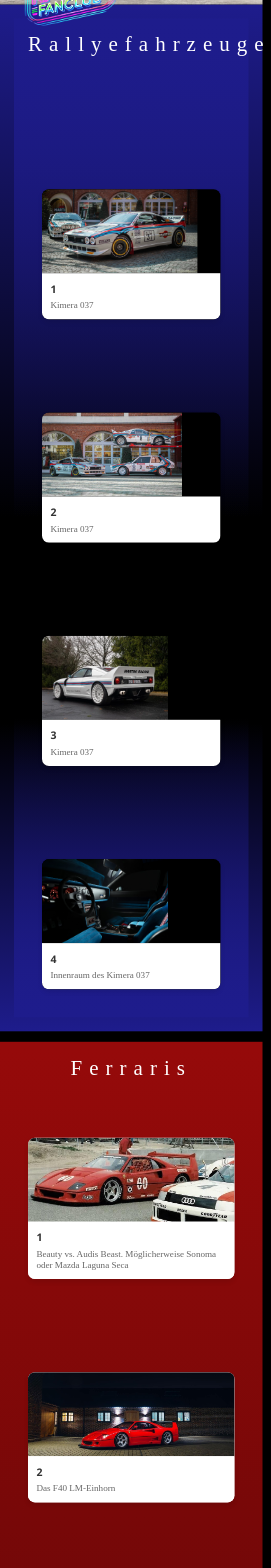
Repository: Johannes-Harald/martini-racing-fanclub
Page: /
The author's editor kept a copy of each file at every save. The page is drawn from the files as they stood at one save, then again after the next save.
The browser window is 375 px wide. The page is 387 px wide, so the pictures cover 387 px, including what lies to the right of the window. The pictures show the part of the page from y = 396 to 2636 px (the page is 13224 px tall before and 13633 px after), at 70% of full size.
Some web fonts or font styles are not loaded; a fallback is used. The project was rebuilt for these pictures with package versions that can differ from the ones it lists, and the page was loaded fresh each time. Also part of the build but not shown: vite.config.js, src/components/Lightbox/Lightbox.css, src/components/Lightbox/Lightbox.jsx, src/components/TitleCards/TitleCards.jsx, src/pages/Videos/Videos.css, src/pages/Videos/Videos.jsx.

Above is the page before, as saved 2024-10-12 13:05:56.

### index.html
<!doctype html>
<html lang="en">
  <head>
    <meta charset="UTF-8" />
    <link rel="icon" type="image/svg+xml" href="/src/assets/logo-martinid.png" style="filter: brightness(3.5); height: 2px; width: 1px;"/>
    <meta name="viewport" content="width=device-width, initial-scale=1.0" />
    <title>Martini Racing Fanclub</title>
  </head>
  <body>
    <div id="root"></div>
    <script type="module" src="/src/main.jsx"></script>
  </body>
</html>
<!--
<!doctype html>
<html lang="en">
  <head>
    <meta charset="UTF-8" />
    <link rel="icon" type="image/svg+xml" href="/src/assets/logo-martinid.png" style="filter: brightness(3.5); height: 2px; width: 1px;"/>
    <meta name="viewport" content="width=device-width, initial-scale=1.0" />
    <title>Martini Racing Fanclub</title>
  </head>
  <body>
    <div id="root"></div>
    <script type="module" src="/src/main.jsx"></script>
  </body>
</html>
-->

### src/App.jsx
import React from 'react';
import { BrowserRouter as Router, Route, Routes } from 'react-router-dom';
import Home from './pages/Home/Home';
import Videos from './pages/Videos/Videos';

function App() {
  //const navigate = useNavigate();
  //const location = useLocation();



  {/*const scrollToTitleCards = () => {
    // Assuming you have a reference to your TitleCards section
    const titleCardsSection = document.getElementById('rallyeautos'); // Adjust this ID as needed
    if (titleCardsSection) {
      titleCardsSection.scrollIntoView({ behavior: 'smooth' });
    }
  };

  const scrollToTitleCards = () => {
    if (location.pathname === '/') {
      rallyefahrzeugeRef.current.scrollIntoView({ behavior: 'smooth' });
    } else {
      // If you're on another page, navigate to the home page first
      navigate('/');
      // After navigating, wait for the page to load and then scroll to rallyefahrzeugeRef
      setTimeout(() => {
        rallyefahrzeugeRef.current.scrollIntoView({ behavior: 'smooth' });
      }, 500); // Use a timeout to ensure the page is fully rendered before scrolling
    }
  };
  <Route path="/Home" element={<Navbar scrollToTop={scrollToTop} scrollToTitleCards={scrollToTitleCards}/>} />
  */}

  return (
    <Router>
      <div className="App">
        <Routes>
          <Route path="/" element={<Home />} />
          <Route path="/videos" element={<Videos />} />
        </Routes>
      </div>
    </Router>
  );
}

export default App;

### src/index.css
* {
  margin: 0;
  padding: 0;
  box-sizing: border-box;
}

body {
  background: black;
  font-family: 'Segoe UI', Tahoma, Geneva, Verdana, sans-serif;
}

### src/pages/Home/Home.css
.hero {
    position: relative;
}

.component {
    transition: opacity 0.5s ease, transform 0.5s ease;
    opacity: 0;
    transform: translateY(20px);
    pointer-events: none; /* Disable interaction when hidden */
  }

  .component.active {
    opacity: 1;
    transform: translateY(0);
    pointer-events: all; /* Enable interaction when visible */
  }

.img-cover {
    background-image: linear-gradient(180deg, rgba (0,0,0,0.7) 10%, transparent);
    z-index: 1;
    transition: background-color 0.3s, color 0.3s;
  }

.banner-width {
    width: 100%;
    mask-image: linear-gradient(to right, transparent, black 75%);
    -weblit-mask-image: linear-gradient(to right, transparent, black 75%);
}

.banner-img {
    width: 100%;
    display: flex;
    filter: brightness(1.2);
}

.hero-caption {
    position: absolute;
    width: 100%;
    padding-left: 6%;
    bottom: 0;
}

.caption-img {
    width: 100%;
    height: 370px;
    max-width: 510px;
    margin-bottom: 60px;
    filter: brightness(1.3);
}

.hero-caption p{
    max-width: 700px;
    font-size: 17px;
    margin-bottom: 20px;
}

.hero-btns {
    display: flex;
    gap: 10px;
    margin-bottom: 50px;
}

.hero-btns .btn img{
    width: 25px;
}

.hero-btns .btn {
    border: 0;
    outline: 0;
    padding: 8px 20px;
    display: inline-flex;
    align-items: center;
    gap: 10px;
    font-size: 15px;
    font-weight: 600;
    background: white;
    border-radius: 4px;
    cursor: pointer;
}

.hero-btns .btn.dark-btn{
    color: #fff;
    background: #6d6d6eb3;
}

.hero-btns .btn:hover{
    background: #ffffffbf;
}

.hero-btns .btn.dark-btn:hover{
    background: #6d6d6e66 ;
}


@media (max-width: 1024px) {
  .hero-caption .title-cards {
      display: none;
  }
  .hero-btns {
      margin-bottom: 30px;
  }
  .hero-caption p {
      font-size: 15px;
      max-width: 600px;
  }
}

/* Large mobile screens */
@media (max-width: 800px) {
  .hero-caption {
      padding-left: 4%;
  }
  .caption-img {
      margin-bottom: 10px;
      width: 40%;
  }
  .hero-caption p {
      font-size: 12px;
      margin-bottom: 10px;
  }
  .hero-btns .btn img {
      width: 20px;
  }
  .hero-btns .btn {
      padding: 6px 15px;
      font-size: 13px;
  }
}

/* Small mobile screens */
@media (max-width: 500px) {
  .banner-img {
    padding-top: 191px;
    width: 150%;
    filter: brightness(1.2);
    max-width: 100%;
    overflow: hidden;
    /*     text-align: left; */
  }

  .home .img-cover {
    background-size: cover; /* Ensure the image covers the entire area */
    background-position: center;
  }
  .caption-img {
    margin-bottom: 360px;
    height: 110px;
    width: 170px;
  }
  .hero-caption p {
      font-size: 11px;
  }
  .hero-btns img {
      width: 15px;
  }
  .hero-btns .btn {
      padding: 4px 10px;
      gap: 5px;
      font-size: 10px;
  }
  .component {
      margin-top: 15px;
  }
  .banner-img {
      height: auto;
  }
}

### src/components/Navbar/Navbar.jsx
import React, { useEffect, useRef, useState } from 'react';
import { Link, useNavigate, useLocation } from 'react-router-dom';
import './Navbar.css';
import logo from '../../assets/logo.png';
import search_icon from '../../assets/search_icon.svg';
import profile_icon from '../../assets/profile_img.webp';
import caret_icon from '../../assets/caret_icon.svg';
import lightModeSearch from '../../assets/search_icon_dark.png';

const Navbar = ({ scrollToRallyefahrzeuge, rallyefahrzeugeRef, scrollTo }) => {
  const navigate = useNavigate();
  const location = useLocation();
  const navRef = useRef(null);
  const [navigateToRallye, setNavigateToRallye] = useState(false);
  const [darkMode, setDarkMode] = useState(() => {
    return localStorage.getItem('darkMode') === 'true';
  });

/*  const handleScrollToRallyefahrzeuge = () => {
    if (location.pathname !== "/") {
      setNavigateToRallye(true); // Set flag to indicate we want to scroll after navigation
      navigate("/"); // Navigate to home
    }
  };

/*  useEffect(() => {
    if (navigateToRallye && location.pathname === "/") {
      setTimeout(() => {
        if (rallyefahrzeugeRef.current) {
          console.log("Ref found, scrolling...");
          rallyefahrzeugeRef.current.scrollIntoView({ behavior: 'smooth' });
        } else {
          console.log("Ref not found");
        }
      }, 100); // Add delay to allow for navigation to complete
      setNavigateToRallye(false); // Reset flag
    }
  }, [navigateToRallye, location.pathname, rallyefahrzeugeRef]);*/

  const toggleDarkMode = () => {
    setDarkMode(prev => {
      const newDarkMode = !prev;
      document.body.classList.toggle('dark-mode', newDarkMode);
      localStorage.setItem('darkMode', newDarkMode);
      return newDarkMode;
    });
  };

  return (
    <div ref={navRef} className={`navbar ${darkMode ? 'dark-mode' : 'light-mode'}`}>
      <div className="navbar-left">
        <img src={logo} alt="Logo" className='logo-img' />
        <ul>
          <li onClick={scrollTo}><Link to="/" className="link-style">Startseite</Link></li>
          <li><Link to="/videos" className="link-style">Videos</Link></li>
          <li onClick={scrollToRallyefahrzeuge}><Link to="/" className="link-style">Fahrzeuge</Link></li>
        </ul>
      </div>

      <div className="navbar-right">
        <p>Nutzer</p>

        {/* Dark Mode Toggle Button */}
        <button onClick={toggleDarkMode} className='dark-mode-btn'>
          {darkMode ? 'Hell' : 'Dunkel'}
        </button>

        <div className='navbar-profile'>
          <img src={profile_icon} alt="Profile" className='profile' />
          <img src={caret_icon} alt="Caret" />
          <div className='dropdown'>
            <p>Abmelden</p>
          </div>
        </div>
      </div>
    </div>
  );
};

export default Navbar;

### src/components/TitleCards/Rallyefahrzeuge.jsx
import React, { useState } from 'react';
import './Rallyefahrzeuge.css';
import img3 from '../../assets/cards/img3.jpg';
import img4 from '../../assets/cards/img4.jpg';
import img5 from '../../assets/cards/img5.webp';
import img6 from '../../assets/cards/img6.jpg';
import Lightbox from '../Lightbox/Lightbox';

const Rallyefahrzeuge = React.forwardRef((props, ref) => {
  const [lightboxOpen, setLightboxOpen] = useState(false); // State to control lightbox visibility
  const [selectedImageIndex, setSelectedImageIndex] = useState(0); // Track the selected image

  const cardData = [
    { image: img3, title: '1', description: 'Kimera 037' },
    { image: img4, title: '2', description: 'Kimera 037' },
    { image: img5, title: '3', description: 'Kimera 037' },
    { image: img6, title: '4', description: 'Innenraum des Kimera 037' }
  ];

  const handleImageClick = (index) => {
    setSelectedImageIndex(index); // Set the index of the clicked image
    setLightboxOpen(true); // Open the lightbox LOOK HERE INCASE! >>>> ref={rallyefahrzeugeRef}
  };

  return (
    <div className="rallyefahrzeuge">
      <div className="rallyeautos">
        <h2>Rallyefahrzeuge</h2>
      </div>
      <div className="rallye-card-list">
        {cardData.map((card, index) => (
          <div key={index} className="rallye-title-cards" onClick={() => handleImageClick(index)}>
            <img src={card.image} alt={card.title} className="rallye-title-cards-img" />
            <div className="rallye-title-cards-info">
              <h3>{card.title}</h3>
              <p>{card.description}</p>
            </div>
          </div>
        ))}
      </div>

      {/* Conditionally render the Lightbox when open */}
      {lightboxOpen && (
        <Lightbox
          images={cardData.map((card) => ({ src: card.image, alt: card.title }))} // Pass the images to the Lightbox
          initialIndex={selectedImageIndex} // Start with the clicked image
          onClose={() => setLightboxOpen(false)} // Close the lightbox
        />
      )}
    </div>
  );
});

export default Rallyefahrzeuge;

### src/components/TitleCards/PrototypRennwagen.jsx
import React, { useState } from 'react';
import './Rallyefahrzeuge.css';
import img1 from '../../assets/cards/img1.png';
import img7 from '../../assets/cards/img7.jpg';
import img8 from '../../assets/cards/img8.jpg';
import img9 from '../../assets/cards/img9.jpg';
import lcmonza from '../../assets/cards/lcmonza.jpg';
import lcparmalat from '../../assets/cards/lcparmalat.jpg';
import Lightbox from '../Lightbox/Lightbox'; // Import the Lightbox component

const PrototypRennwagen = React.forwardRef((props, ref) => {
  const [lightboxOpen, setLightboxOpen] = useState(false); // State to control lightbox visibility
  const [selectedImageIndex, setSelectedImageIndex] = useState(0); // Track the selected image

  const cardData = [
    { image: img1, title: '1', description: 'LC1 auf der Nordschleife' },
    { image: img7, title: '2', description: 'LC1 auf der Nordschleife' },
    { image: img8, title: '3', description: 'LC1 bei Le Mans' },
    { image: img9, title: '4', description: 'LC1' },
    { image: lcmonza, title: '5', description: 'LC1 bei Le Mans' },
    { image: lcparmalat, title: '6', description: 'LC1' }
  ];

  const handleImageClick = (index) => {
    setSelectedImageIndex(index); // Set the index of the clicked image
    setLightboxOpen(true); // Open the lightbox
  };

  return (
    <div className="rallyefahrzeuge" ref={ref}>
      <div className="rallyeautos">
        <h2>Prototyp-Rennwagen</h2>
      </div>
        <div className="rallye-card-list" >
      {cardData.map((card, index) => (
        <div key={index} className="rallye-title-cards" onClick={() => handleImageClick(index)}>
          <img src={card.image} alt={card.title} className="rallye-title-cards-img" />
          <div className="rallye-title-cards-info">
            <h3>{card.title}</h3>
            <p>{card.description}</p>
          </div>
        </div>
      ))}
    </div>

      {/* Conditionally render the Lightbox when open */}
          {lightboxOpen && (
        <Lightbox
          images={cardData.map((card) => ({ src: card.image, alt: card.title }))} // Pass the images to the Lightbox
          initialIndex={selectedImageIndex} // Start with the clicked image
          onClose={() => setLightboxOpen(false)} // Close the lightbox
        />
      )}
    </div>
  );
});

export default PrototypRennwagen;

### src/components/TitleCards/Tourenwagen.jsx
import React, { useState } from 'react';
import './Rallyefahrzeuge.css';
 import img2 from '../../assets/cards/img2.jpg';
import img10 from '../../assets/cards/img10.jpg';
import img11 from '../../assets/cards/img11.jpg';
import img12 from '../../assets/cards/img12.jpg';
import img37 from '../../assets/cards/img37.jpg';
import img38 from '../../assets/cards/img38.jpeg';
import Lightbox from '../Lightbox/Lightbox';

const Tourenwagen = React.forwardRef((props, ref) => {
  const [lightboxOpen, setLightboxOpen] = useState(false); // State to control lightbox visibility
  const [selectedImageIndex, setSelectedImageIndex] = useState(0); // Track the selected image

  const cardData = [
    { image: img2, title: '1', description: 'Porsche 935' },
    { image: img10, title: '2', description: 'Beta Montecarlo Turbo' },
    { image: img11, title: '3', description: 'Beta Montecarlo Turbo' },
    { image: img12, title: '4', description: 'Beta Montecarlo Turbo' },
    { image: img37, title: '5', description: 'Beta Montecarlo Turbo' },
    { image: img38, title: '6', description: 'Beta Montecarlo Turbo' }
  ];

  const handleImageClick = (index) => {
    setSelectedImageIndex(index); // Set the index of the clicked image
    setLightboxOpen(true); // Open the lightbox
  };

  return (
    <div className="rallyefahrzeuge" ref={ref}>
      <div className="rallyeautos">
        <h2>Tourenwagen</h2>
      </div>
    <div className="rallye-card-list">
      {cardData.map((card, index) => (
        <div key={index} className="rallye-title-cards" onClick={() => handleImageClick(index)}>
          <img src={card.image} alt={card.title} className="rallye-title-cards-img" />
          <div className="rallye-title-cards-info">
            <h3>{card.title}</h3>
            <p>{card.description}</p>
          </div>
        </div>
      ))}
    </div>

      {/* Conditionally render the Lightbox when open */}
      {lightboxOpen && (
        <Lightbox
          images={cardData.map((card) => ({ src: card.image, alt: card.title }))} // Pass the images to the Lightbox
          initialIndex={selectedImageIndex} // Start with the clicked image
          onClose={() => setLightboxOpen(false)} // Close the lightbox
        />
      )}
    </div>
  );
});

export default Tourenwagen;

### src/components/Footer/Footer.jsx
import React from 'react'
import './Footer.css'
import youtube_icon from '../../assets/youtube_icon.png'
import twitter_icon from '../../assets/twitter_icon.png'
import instagram_icon from '../../assets/instagram_icon.png'
import facebook_icon from '../../assets/facebook_icon.png'

const Footer = () => {
  return (
    <div className='footer'>
      <div className='footer-icons'>
        <img src={youtube_icon} alt="" />
        <img src={twitter_icon} alt="" />
        <img src={instagram_icon} alt="" />
        <img src={facebook_icon} alt="" />
      </div>
      <ul>
        <li>Auto-Fanclub</li>
        <li>Hilfezentrum</li>
        <li>Foren</li>
        <li>Medienzentrum</li>
        <li>Investorenbeziehungen</li>
        <li>Jobs</li>
        <li>Nutzungsbediengungen</li>
        <li>Datenschutz</li>
        <li>Rechtliche Hinweise</li>
        <li>Cookie-Einstellungen</li>
        <li>Unternehmensinformationen</li>
        <li>Kontakt</li>
      </ul>
      <p className='copyright'>© 1968-2023 Martini-Racing.</p>
    </div>
  )
}

export default Footer

### src/components/TitleCards/Rallyefahrzeuge.css
@import url('https://fonts.googleapis.com/css2?family=Bona+Nova+SC:ital,wght@0,400;0,700;1,400&family=Open+Sans&display=swap');

* {
  margin: 0;
  padding: 0;
  box-sizing: border-box;
}

.rallye-card-list {
  display: flex;
  flex-flow: row wrap;
  align-items: flex-start;
  /*flex-wrap: wrap;
  justify-content: space-between;*/
  gap: 70px;
  padding: 20px;
}

.rallyefahrzeuge {
  padding: 20px;
  background: linear-gradient(to bottom, rgb(30, 28, 140) 0%, rgba(0, 0, 0, 0) 50%),
              linear-gradient(to bottom, rgba(0, 0, 0, 0) 70%, rgb(30, 28, 140) 100%);
}

.rallyeautos h2{
  font-family: "Bona Nova SC", serif;
  font-weight: 400;
  font-style: normal;
  color: white;
  font-size: 130px;
  letter-spacing: 10px;
  text-align: center;
}

.rallye-title-cards {
  flex: 1 1 calc(25% - 40px); /* Makes cards 4 per row with space for margins */
  display: flex;
  flex-direction: column;
  background-color: #000000;
  border-radius: 10px;
  overflow: hidden;
  transition: transform 2s ease-in-out, box-shadow 2s ease-in-out;
  box-shadow: 0 4px 8px rgba(0, 0, 0, 0.1);
  margin-top: 63px;
  cursor: pointer;
}

.rallye-title-cards:hover {
  transform: translateY(-5px);
  box-shadow: 0 8px 16px rgba(0, 0, 0, 0.15);
}

.rallye-title-cards-img {
  width: 100%;
  height: 250px;
  object-fit: cover;
}

.rallye-title-cards-info {
  padding: 12px;
  background-color: #fff;
}

.rallye-title-cards-info h3 {
  font-size: 16px;
  font-weight: bold;
  color: #333;
  margin-bottom: 6px;
}

.rallye-title-cards-info p {
  font-family: "Bona Nova SC", serif;
  font-weight: 400;
  font-style: normal;
  font-size: 17px;
  color: #666;
}

@media (max-width: 768px) {
  .rallye-title-cards {
      flex: 1 1 calc(50% - 20px); /* 2 per row on smaller screens */
  }
}

@media (max-width: 480px) {
  .rallye-title-cards {
      flex: 1 1 100%; /* Full-width cards on very small screens */
  }
}


 /* Mobile-friendly adjustments */
@media (max-width: 768px) {
  .rallye-title-cards {
      flex: 1 1 calc(50% - 20px);
  }

  .rallye-title-cards-info h3 {
      font-size: 15px;
  }

  .rallye-title-cards-info p {
      font-size: 13px;
  }

  .rallye-title-cards-img {
      height: 120px;
  }
}

@media (max-width: 480px) {
  .rallye-title-cards {
      flex: 1 1 calc(100% - 20px);
  }
}




@media (max-width: 800px) {
  .rallye-title-cards-img {

  }
 }

 @media (max-width: 500px) {
  .rallyeautos h2{
    font-family: "Bona Nova SC", serif;
    font-weight: 400;
    font-style: normal;
    color: white;
    font-size: 30px;
    letter-spacing: 10px;
    text-align: center;
  }
    .rallye-title-cards h2{
       font-size: 15px;
    }
    .rallye-card-list {
      margin-top: 107px;
    }
    .rallye-title-cards-img {
      width: fit-content;

    }
    .card-list p{
       font-size: 10px;
    }
 }

### src/components/TitleCards/Ferrari.css
@import url('https://fonts.googleapis.com/css2?family=Bona+Nova+SC:ital,wght@0,400;0,700;1,400&family=Open+Sans&display=swap');

* {
    margin: 0;
    padding: 0;
    box-sizing: border-box;
  }

  .card-list-ferrari {
    display: flex;
    flex-flow: row wrap;
    align-items: flex-start;
    /*flex-wrap: wrap;
    justify-content: space-between;*/
    gap: 70px;
    padding: 20px;
  }

  .ferraris {
    padding: 20px;
    background: linear-gradient(to bottom, rgb(150, 10, 10) 0%, rgba(255, 0, 0, 0) 50%), /* Top effect */
                linear-gradient(to bottom, rgba(255, 255, 255, 0) 70%, rgb(150, 10, 10) 100%); /* Bottom effect */
  }

  .title-cards-ferrari {
    flex: 1 1 calc(25% - 40px); /* Makes cards 4 per row with space for margins */
    display: flex;
    flex-direction: column;
    background-color: #f9f9f9;
    border-radius: 10px;
    transition: transform 0.3s ease-in-out, box-shadow 0.3s ease-in-out;
    box-shadow: 0 4px 8px rgba(0, 0, 0, 0.1);
    /*     max-width: 301px;/* Optional: Set a max width to limit card size*/
    margin-top: 63px;
    cursor: pointer;
    overflow: hidden;
  }

  .title-cards-ferrari:hover {
    transform: translateY(-5px);
    box-shadow: 0 8px 16px rgba(0, 0, 0, 0.15);
    transition: 1s linear ease-in-out;
  }

  .title-cards-img-ferrari {
    width: 100%;
    height: 250px;
    object-fit: cover;
  }

  .title-cards-info-ferrari {
    padding: 12px;
    background-color: #fff;
  }

  .title-cards-info-ferrari h3 {
    font-size: 16px;
    font-weight: bold;
    color: #333;
    margin-bottom: 6px;
  }

  .title-cards-info-ferrari p {
    font-family: "Bona Nova SC", serif;
    font-weight: 400;
    font-style: normal;
    font-size: 17px;
    color: #666;
  }

  /* Mobile-friendly adjustments */
  @media (max-width: 500px) {
    .title-cards-ferrari {
      flex: 1 1 calc(50% - 20px); /* Makes cards 2 per row on smaller screens */
    }

    .title-cards-info-ferrari h3 {
      font-size: 15px;
    }

    .title-cards-info-ferrari p {
      font-size: 13px;
    }

    .title-cards-img-ferrari {
      height: 120px;
    }
  }

  @media (max-width: 480px) {
    .title-cards-ferrari {
      flex: 1 1 calc(100% - 20px); /* Full-width on very small screens */
    }
  }

### src/components/Footer/Footer.css
.footer {
    padding: 30px 4px;
    max-width: 1000px;
    margin: 0 auto;
}

.footer-icons {
    display: flex;
    gap: 20px;
    margin: 40px 0;
}

.footer-icons img{
    width: 30px;
    cursor: pointer;
}

.footer ul{
    display: grid;
    grid-template-columns: auto auto auto auto;
    gap: 15px;
    margin-bottom: 30px;
    list-style: none;
}

.footer ul li{
    color: white;
}

.copyright {
    color: gray;
    font-size: 16px;
}

@media (max-width:800px) {
    .footer {
        padding: 7%;
        margin: 0 auto;
    }

  .footer-icon img{
      width: 25px;
  }
  .footer ul {
    grid-template-columns: auto auto;
    gap: 8px;
    font-size: 14px;
  }
}

### src/components/TitleCards/TitleCards.css
* {
    margin: 0;
    padding: 0;
    box-sizing: border-box;
  }

  .title-cards-container {
    background: none;
    background: linear-gradient(to bottom, rgb(30, 28, 140) 0%, rgba(0, 0, 0, 0) 50%),
    linear-gradient(to bottom, rgba(0, 0, 0, 0) 70%, rgb(30, 28, 140) 100%);
    padding: 20px;
    display: flex;
  }

  /* Flex container for cards */
  .cards {
    display: flex;
    flex-flow: row wrap;
    justify-content: end;
    gap: 20px;
    padding: 20px;
    margin-top: 100px;
  }

  /* Flex container for video cards */
  .video-cards {
    display: flex;
    flex-flow: row wrap;
    justify-content: center;
    gap: 70px;
  }

  /* Styling for each card */
  .card {
    width: auto;
    cursor: pointer;
    text-align: center;
    display: flex;
    flex-direction: column;
    align-items: center;
    border-radius: 12px;
    opacity: 1; /* Full opacity for the card */
    background: transparent;
  }

  /* Thumbnail image styling */
  .video-thumbnail {
    width: 450px;
    height: auto;
    border-radius: 8px;
    transition: transform 0.3s ease;
    filter: brightness(1.1);
    opacity: 1;
  }

  .video-thumbnail:hover {
    transform: scale(1.05); /* Slight zoom effect on hover */
    filter: brightness(1.2);
  }

  /* Card title styling */
  .card h3 {
    margin-top: 10px;
    font-size: 18px;
    color: white;
  }

  /* Modal overlay when a video is selected */
  .modal-overlay {
    position: fixed;
    top: 0;
    left: 0;
    width: 100%;
    height: 100%;
    display: flex;
    justify-content: center;
    align-items: center;
  }

  /* Modal content container */
  .modal-content {
    background: #fff;
    padding: 7px;
    border-radius: 10px;
    width: 80%;
    max-width: 900px;
  }

  /* Embedded video iframe */
  .modal-content iframe {
    width: 100%;
    height: 500px;
  }

  .modal-overlay:hover {
    cursor: pointer;
  }

  .modal-content:hover {
    cursor: default;
  }

  /* Scrollbar styling (hidden for horizontal scroll) */
  .card-list::-webkit-scrollbar {
    display: none;
  }

  /* Responsive styling for smaller screens */
  @media (max-width: 800px) {
    .cards {
      gap: 10px; /* Reduce the gap between cards */
    }

    .card {
      width: 200px; /* Reduce card width for smaller screens */
    }

    .card h3 {
      font-size: 16px; /* Reduce font size for titles */
    }

    .thumbnail {
      width: 100%; /* Ensure thumbnail adjusts to the new card size */
    }
  }

  @media (max-width: 500px) {
    .card {
      width: 165px; /* Further reduce card width for small screens */
    }

    .card h3 {
      font-size: 14px;
    }

    .modal-content {
      background: #fff;
      padding: 2px;
      height: auto;
      margin-top: 140%;
    }

    .modal-overlay {
      height: 7%;
    }

    .modal-overlay:hover {
      cursor: pointer;
    }

    .modal-content:hover {
      cursor: default;
    }

    .video-thumbnail {
      width: 100%;
    }
  }

Loaded but not shown: src/main.jsx (common file); src/components/Navbar/Navbar.css (332 lines, source omitted); src/components/TitleCards/Ferrari.jsx (88 lines, source omitted); src/pages/Home/Home.jsx (114 lines, source omitted)

After the next save:
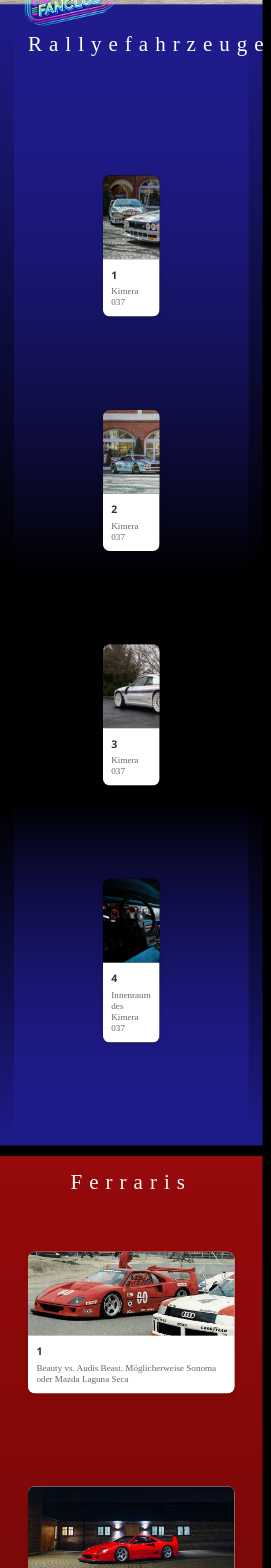
Saved 11 s later.
--- a/src/components/TitleCards/Rallyefahrzeuge.css
+++ b/src/components/TitleCards/Rallyefahrzeuge.css
@@ -137,7 +137,7 @@
        font-size: 15px;
     }
     .rallye-card-list {
-      margin-top: 107px;
+      padding: 107px;
     }
     .rallye-title-cards-img {
       width: fit-content;
